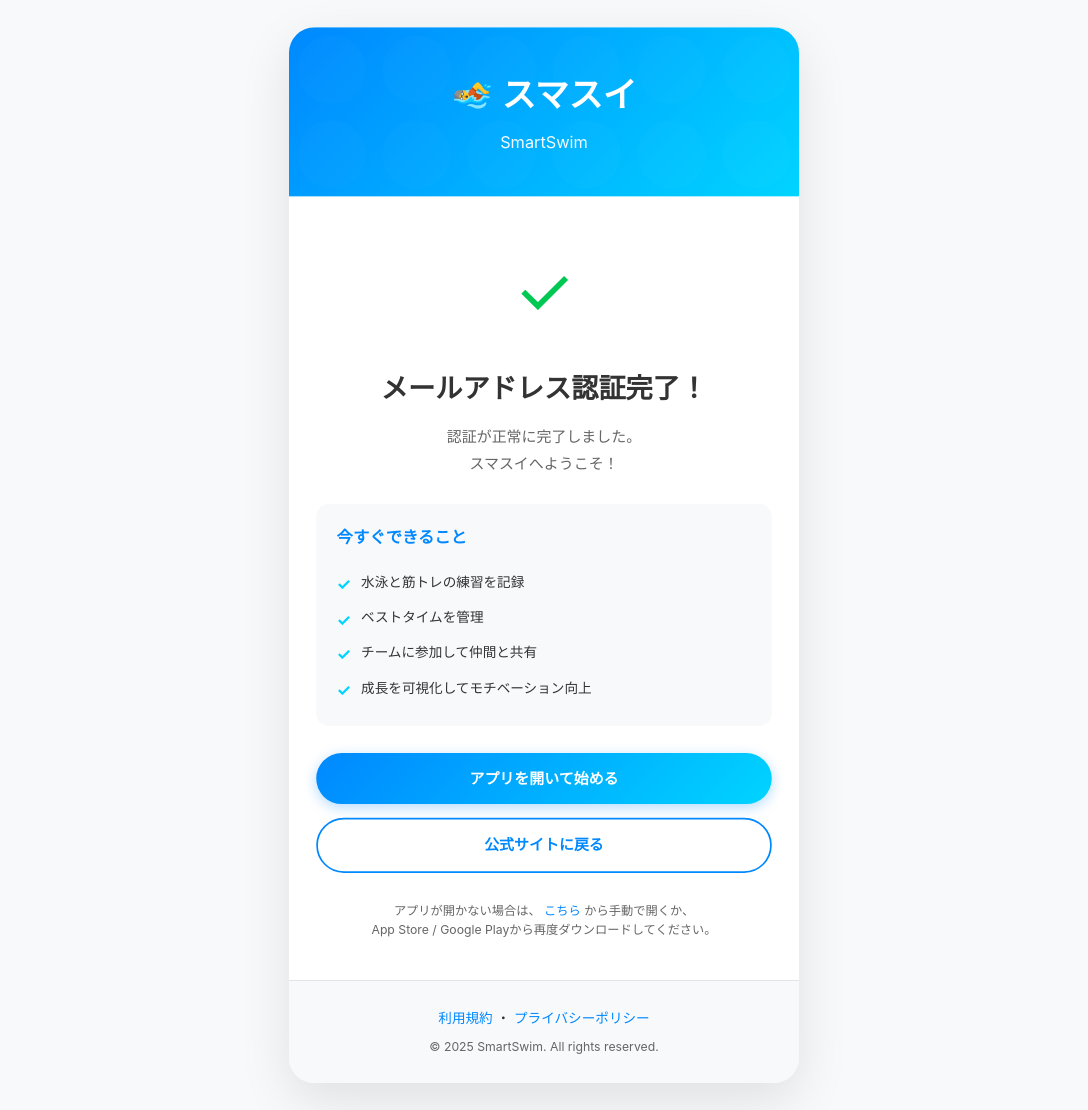
Repository: kentashx/smaswi-public
Page: verify_email.html
These files come from the project's save history. The page is drawn as it stood at one moment and after the next save; the edit follows.
The browser window is 1280 px wide. The pictures show the whole page, at 85% of full size.

Above is the page before, as saved 2025-10-26 13:11:20.

After the next save:
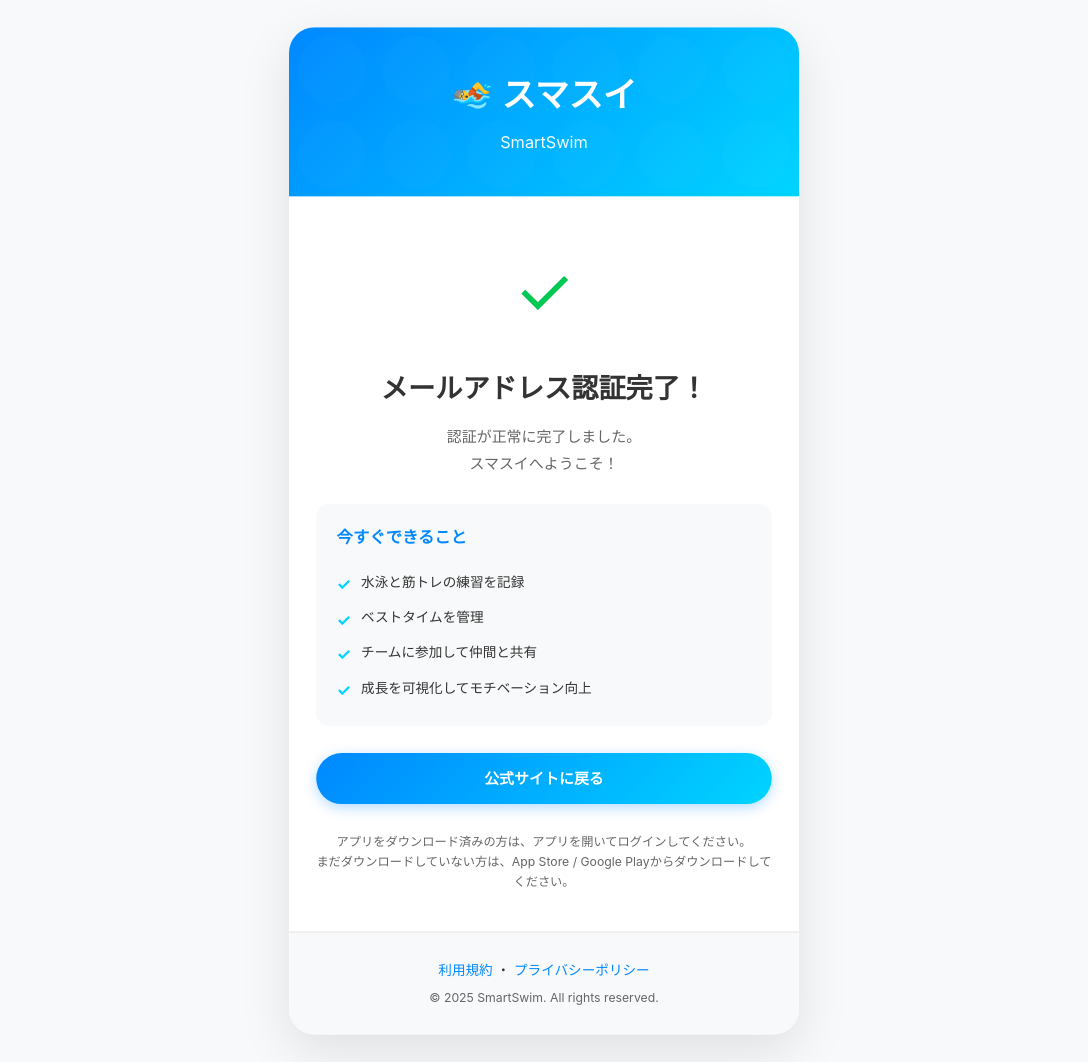
Saved 3 min 24 s later.
--- a/verify_email.html
+++ b/verify_email.html
@@ -304,19 +304,14 @@
                         </ul>
                     </div>
                     <div class="button-container">
-                        <a href="#" class="button button-primary" id="openAppButton">
-                            アプリを開いて始める
-                        </a>
-                        <a href="index.html" class="button button-secondary">
+                        <a href="index.html" class="button button-primary">
                             公式サイトに戻る
                         </a>
                     </div>
                     <p class="help-text">
-                        アプリが開かない場合は、
-                        <a href="#" id="manualOpenLink">こちら</a>
-                        から手動で開くか、
+                        アプリをダウンロード済みの方は、アプリを開いてログインしてください。
                         <br>
-                        App Store / Google Playから再度ダウンロードしてください。
+                        まだダウンロードしていない方は、App Store / Google Playからダウンロードしてください。
                     </p>
                 </div>
             </div>
@@ -333,59 +328,12 @@
             </div>
         </div>
         <script>
-        // ディープリンク設定（実際のアプリスキームに合わせて変更してください）
-        const APP_SCHEME = 'smaswi://';
-        const APP_STORE_URL = 'https://apps.apple.com/app/smaswi';
-        const PLAY_STORE_URL = 'https://play.google.com/store/apps/details?id=com.smaswi.app';
-
         // 初期表示（成功状態を表示）
         document.addEventListener('DOMContentLoaded', () => {
-            // 成功状態のみを表示
+            // 成功状態を表示
             const successState = document.getElementById('successState');
             successState.classList.remove('hidden');
-
-            // アプリを開くボタン
-            const openAppButton = document.getElementById('openAppButton');
-            if (openAppButton) {
-                openAppButton.addEventListener('click', (e) => {
-                    e.preventDefault();
-                    openApp();
-                });
-            }
-
-            // 手動で開くリンク
-            const manualOpenLink = document.getElementById('manualOpenLink');
-            if (manualOpenLink) {
-                manualOpenLink.addEventListener('click', (e) => {
-                    e.preventDefault();
-                    openApp();
-                });
-            }
         });
-
-        // アプリを開く
-        function openApp() {
-            const deepLink = `${APP_SCHEME}welcome`;
-
-            // ディープリンクでアプリを開こうとする
-            window.location.href = deepLink;
-
-            // 2秒後にアプリが開かなかった場合の処理
-            setTimeout(() => {
-                // iOS/Androidを判定
-                const userAgent = navigator.userAgent || navigator.vendor || window.opera;
-                const isIOS = /iPad|iPhone|iPod/.test(userAgent) && !window.MSStream;
-                const isAndroid = /android/i.test(userAgent);
-
-                // ストアURLにリダイレクト（オプション）
-                // アプリがインストールされていない場合はストアに誘導
-                // if (isIOS) {
-                //     window.location.href = APP_STORE_URL;
-                // } else if (isAndroid) {
-                //     window.location.href = PLAY_STORE_URL;
-                // }
-            }, 2000);
-        }
         </script>
     </body>
 </html>
